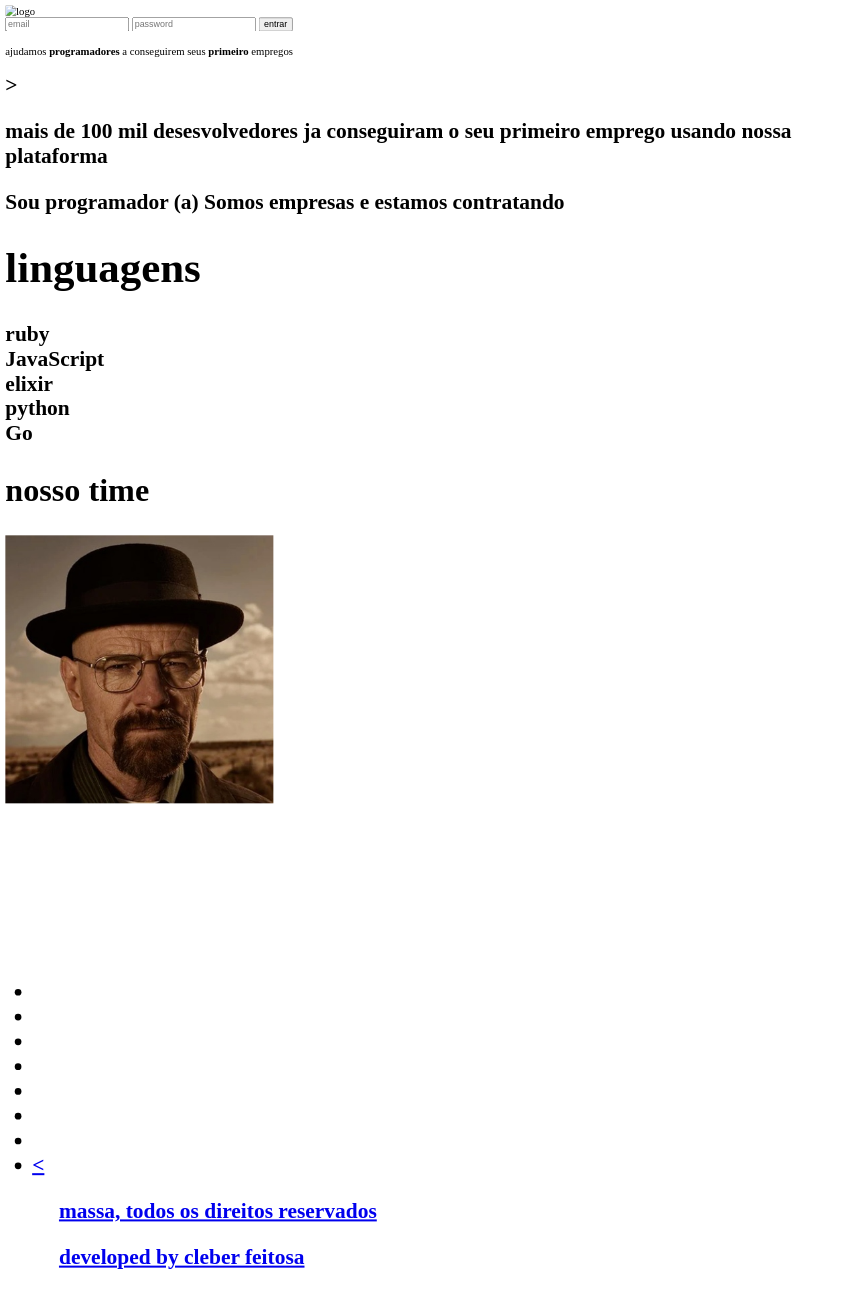
Repository: Luizzsena06/luizzaosena
Page: PASTA/index.html
An editor plug-in stored every save of this project. The page is shown before and after the next save, followed by the edit.
The browser window is 1280 px wide. The pictures show the whole page, at 67% of full size.

Above is the page before, as saved 2024-02-27 17:31:28.
Not found: PASTA/PROJETO SITE/IMAGE/logo.png
Not found: PASTA/PROJETO SITE/img/gus.jpg
Not found: PASTA/PROJETO SITE/img/hank.jpg

After the next save:
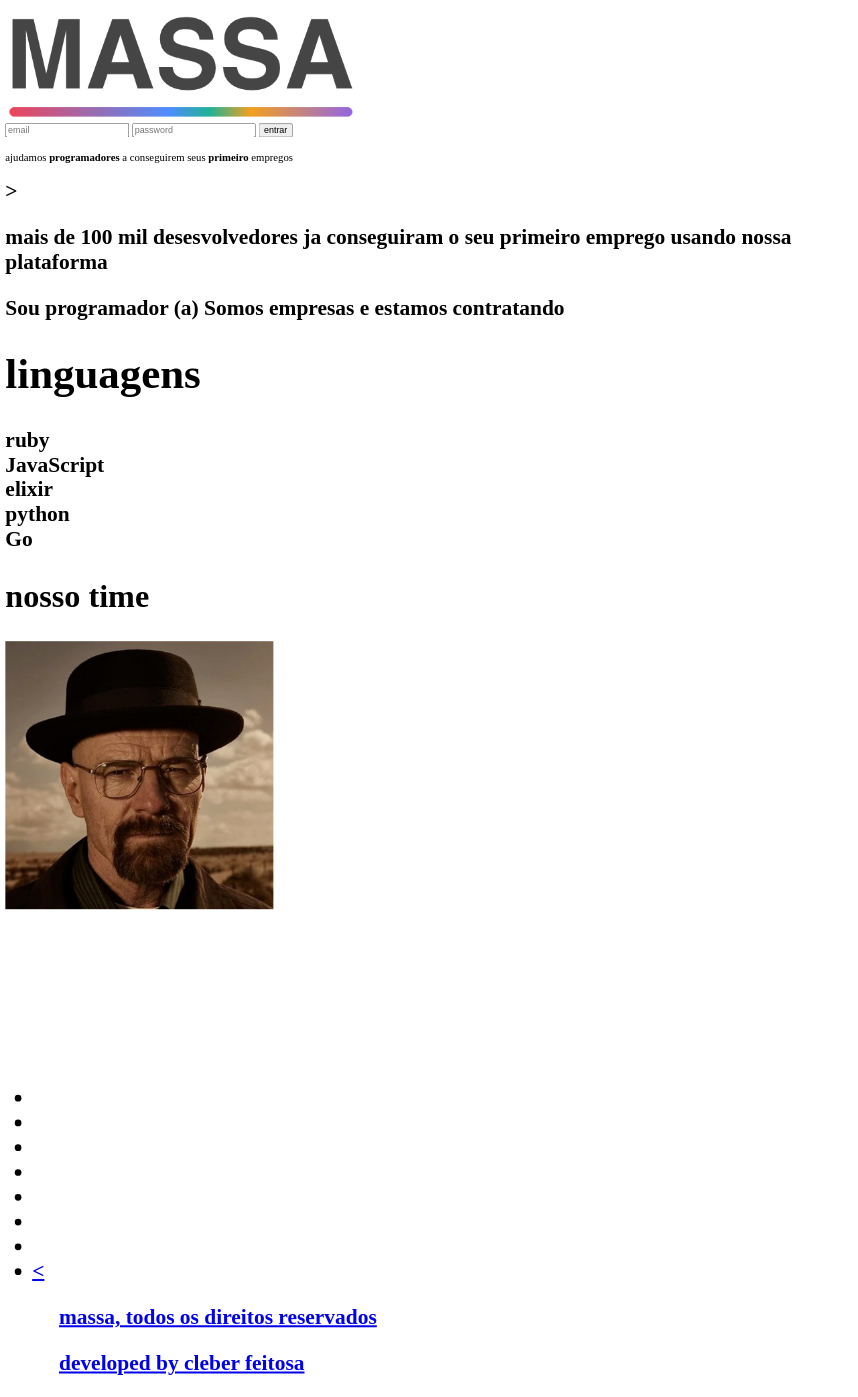
Saved 59 s later.
--- a/PASTA/index.html
+++ b/PASTA/index.html
@@ -8,7 +8,7 @@
     <body>
         <header>
             <div>
-                <img src=" PROJETO SITE/IMAGE/logo.png" alt="logo">
+                <img src="/img/logo.png" alt="logo">
           </div>
           <form action="#">
             <input type="email" name="email" placeholder="email">
